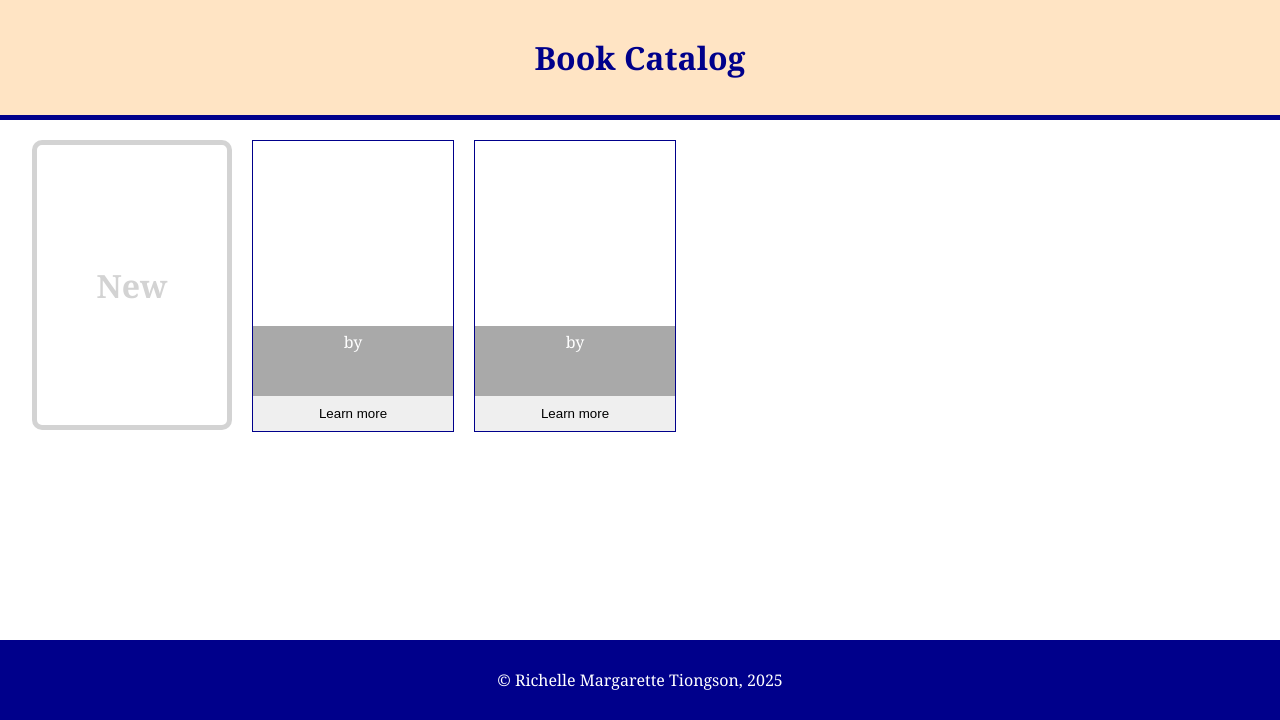
Repository: richelletiongson/comp3170_lab01
Page: /
These files come from the project's save history. The page is drawn as it stood at one moment and after the next save; the edit follows.
The browser window is 1280 px wide. The pictures show the whole page.
The project was rebuilt for these pictures with package versions that can differ from the ones it lists, and the page was loaded fresh each time. Also part of the build but not shown: vite.config.js.

Above is the page before, as saved 2025-09-14 01:17:58.

After the next save:
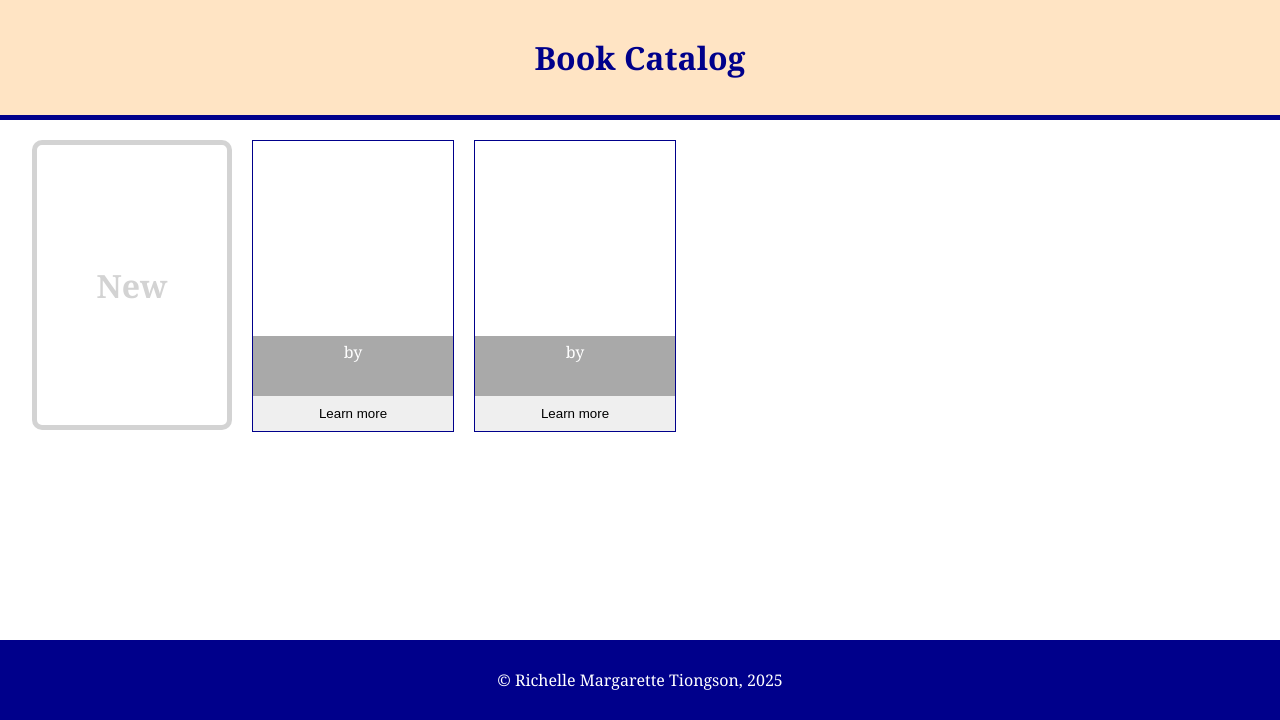
Saved 17 s later.
--- a/src/index.css
+++ b/src/index.css
@@ -44,7 +44,7 @@ body {
 }
 
 .author {
-  height: 60px;
+  height: 50px;
   padding: 5px 7px;
   background-color: darkgrey;
   color: #FFFFFF;
